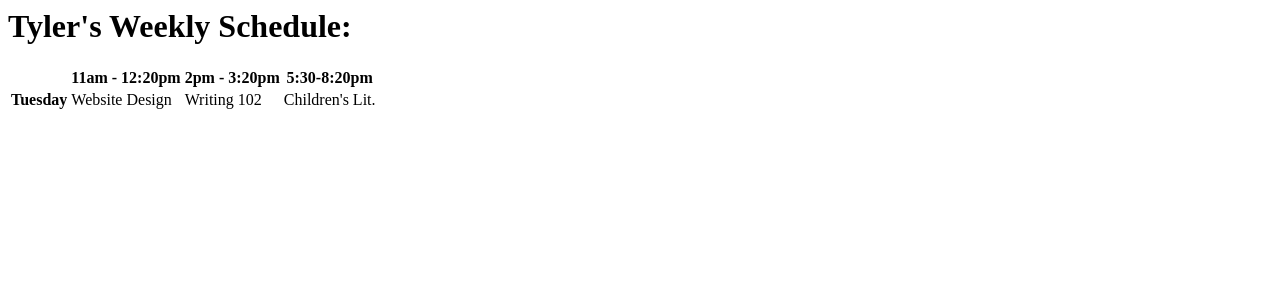
Repository: getzt1/web-design-class
Page: web pages/personal-site/index.html
The author's editor kept a record of every edit. The page is drawn from the files as they stood at one moment, then again after the next edit.
The browser window is 1280 px wide. The pictures show the whole page.

Above is the page before.

After the next edit:
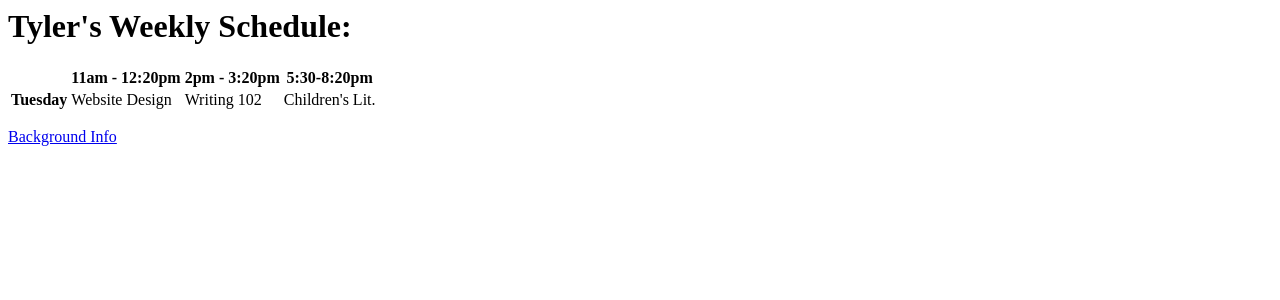
The edit:
--- a/web pages/personal-site/index.html
+++ b/web pages/personal-site/index.html
@@ -21,4 +21,7 @@
             </tr>
     </table>
 
+    <p>
+    <a href = "../personal-site/cv.html">Background Info</a>
+    </p>
     </body>
